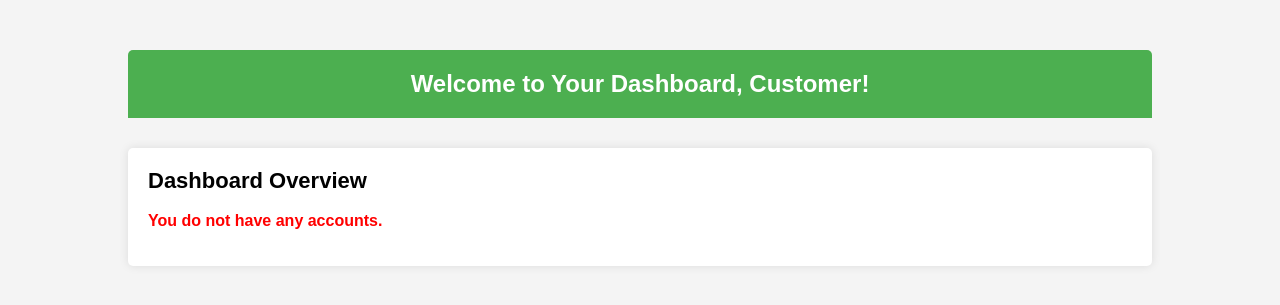
Repository: vinayakGarudi2002/swabhavTrainingProjects
Page: http://localhost/01_banking_application/customerDashboard.jsp
The author's editor kept a copy of each file at every save. The page is drawn from the files as they stood at one save, then again after the next save.
The browser window is 1280 px wide. The pictures show the whole page.
The page is served by Tomcat 9. Other server files are loaded and not shown.

Above is the page before, as saved 2024-08-12 04:30:36.

### 01_banking_application/WebContent/customerDashboard.jsp
<%@ page language="java" contentType="text/html; charset=ISO-8859-1"
    pageEncoding="ISO-8859-1"%>
<%@ page import="java.util.ArrayList" %>
<!DOCTYPE html>
<html lang="en">
<head>
    <meta charset="ISO-8859-1">
    <meta name="viewport" content="width=device-width, initial-scale=1.0">
    <title>Customer Dashboard</title>
    <style>
        body {
            font-family: Arial, sans-serif;
            background-color: #f4f4f4;
            margin: 0;
            padding: 0;
        }

        .dashboard-container {
            width: 80%;
            margin: 0 auto;
            margin-top: 50px;
        }

        .header {
            background-color: #4CAF50;
            color: white;
            padding: 20px;
            text-align: center;
            border-radius: 5px 5px 0 0;
        }

        .header h1 {
            margin: 0;
            font-size: 24px;
        }

        .nav {
            display: flex;
            justify-content: space-around;
            background-color: #333;
            padding: 15px;
            border-radius: 0 0 5px 5px;
        }

        .nav a {
            color: white;
            text-decoration: none;
            padding: 14px 20px;
            text-align: center;
            border-radius: 4px;
        }

        .nav a:hover {
            background-color: #ddd;
            color: black;
        }

        .nav a.active {
            background-color: #4CAF50;
            color: white;
        }

        .content {
            margin-top: 30px;
            padding: 20px;
            background-color: white;
            border-radius: 5px;
            box-shadow: 0 0 10px rgba(0, 0, 0, 0.1);
        }

        .content h2 {
            margin-top: 0;
            font-size: 22px;
        }

        .error-message {
            color: red;
            font-weight: bold;
        }

        .hidden {
            display: none;
        }
    </style>
</head>
<body>
    <div class="dashboard-container">
        <div class="header">
            <h1>Welcome to Your Dashboard, Customer!</h1>
        </div>


        <div class="content">
            <h2>Dashboard Overview</h2>


            <%
                // Retrieve the list of account numbers from the session
                ArrayList<Long> accountNumbers = (ArrayList<Long>)session.getAttribute("accounts");

                if (accountNumbers != null && !accountNumbers.isEmpty()) {
            %>
            <form method="POST" action="selectAccountServlet">
                <label for="accountSelect">Select Your Account:</label>
                <select id="accountSelect" name="selectedAccount">
                    <%
                        for (Long accountNumber : accountNumbers) {
                            out.println("<option value='" + accountNumber + "'>" + accountNumber + "</option>");
                        }
                    %>
                </select>
                <button type="submit">Select Account</button>
            </form>
            <%
                } else {
            %>
            <p class="error-message">You do not have any accounts.</p>
            <div class="hidden">

              <p>Use the navigation links above to view your transactions, perform a new transaction, or edit your profile information.</p>
            </div>
            <%
                }
            %>
        </div>
    </div>
</body>
</html>

After the next save:
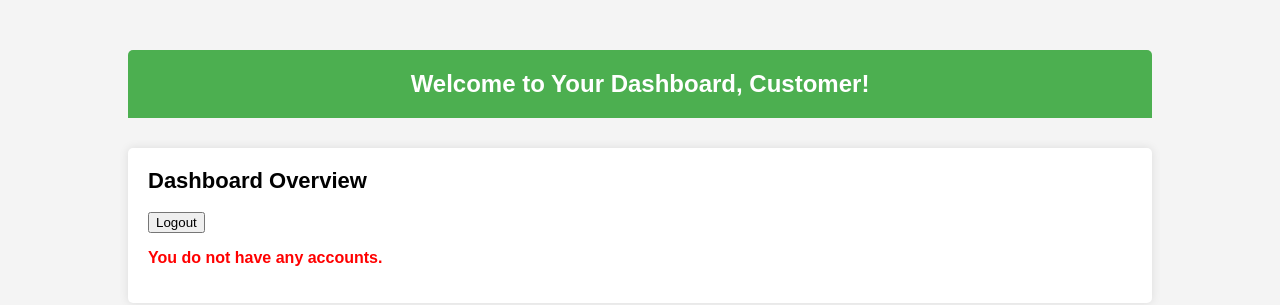
Saved 84 s later.
--- a/01_banking_application/WebContent/customerDashboard.jsp
+++ b/01_banking_application/WebContent/customerDashboard.jsp
@@ -92,7 +92,9 @@
 
         <div class="content">
             <h2>Dashboard Overview</h2>
-
+            <form action="LogoutServlet" method="post">
+            <button type="submit">Logout</button>
+        </form>
 
             <%
                 // Retrieve the list of account numbers from the session
